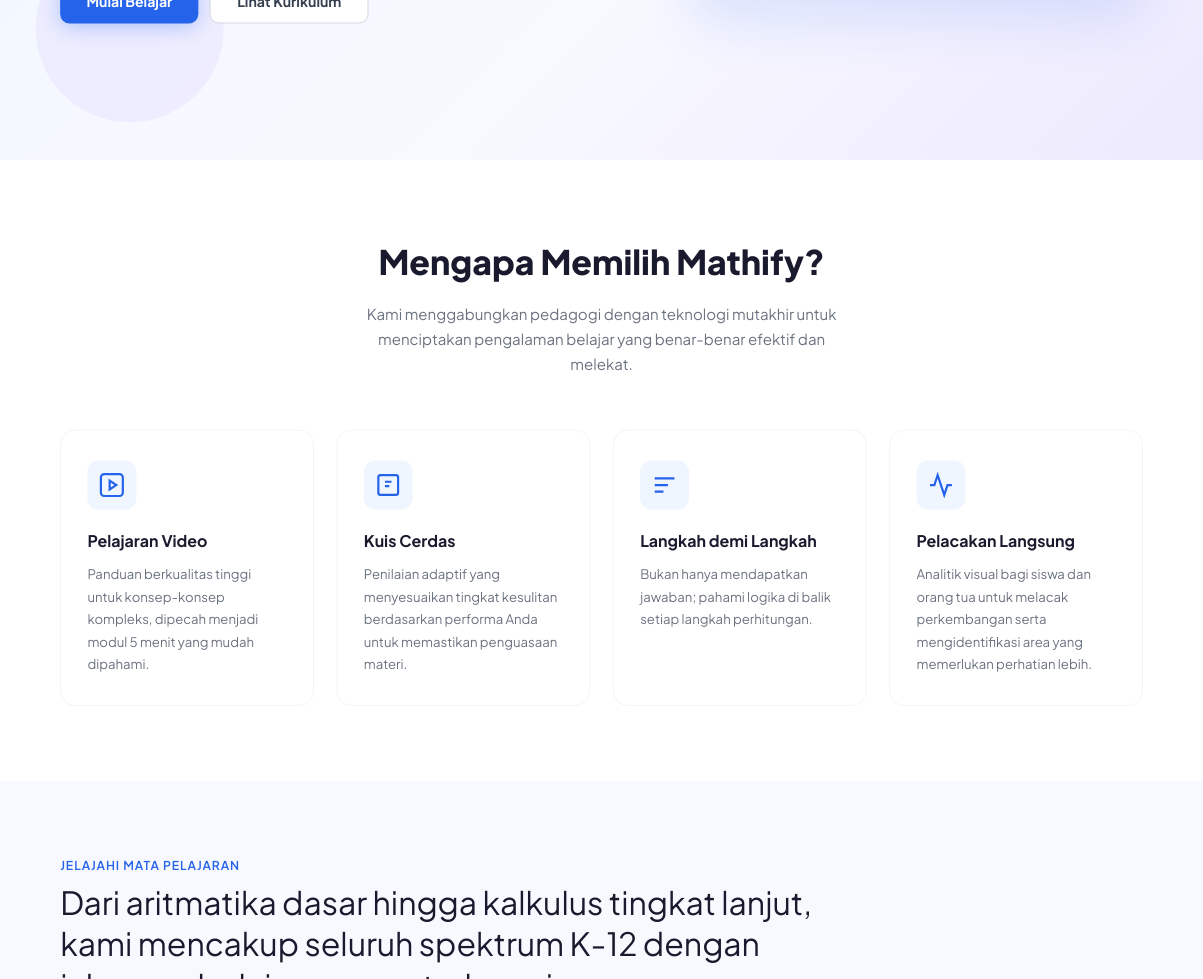
Repository: AdityaRevangga/Mathify
Page: / (app in frontend/)
An editor plug-in stored every save of this project. The page is shown before and after a run of saves, followed by the edit.
The browser window is 1280 px wide. The pictures show the part of the page from y = 550 to 1591 px (the page is 2749 px tall before and 2679 px after), at 94% of full size.
Pictures or frames that could not be fetched are drawn as grey boxes. The page's requests for data from a server got no answer. The project was rebuilt for these pictures with package versions that can differ from the ones it lists, and the page was loaded fresh each time. No one was signed in, and anything a server would have sent is missing. Also part of the build but not shown: frontend/vite.config.js, frontend/src/index.css, frontend/src/hooks/useAuth.js, frontend/src/router/ProtectedRoute.jsx, frontend/src/components/Sidebar.jsx, frontend/src/components/Topbar.jsx, frontend/src/layouts/DashboardLayout.jsx, frontend/src/layouts/AuthLayout.jsx and 14 more.

Above is the page before, as saved 2026-06-02 14:28:02.

After the next 2 saves:
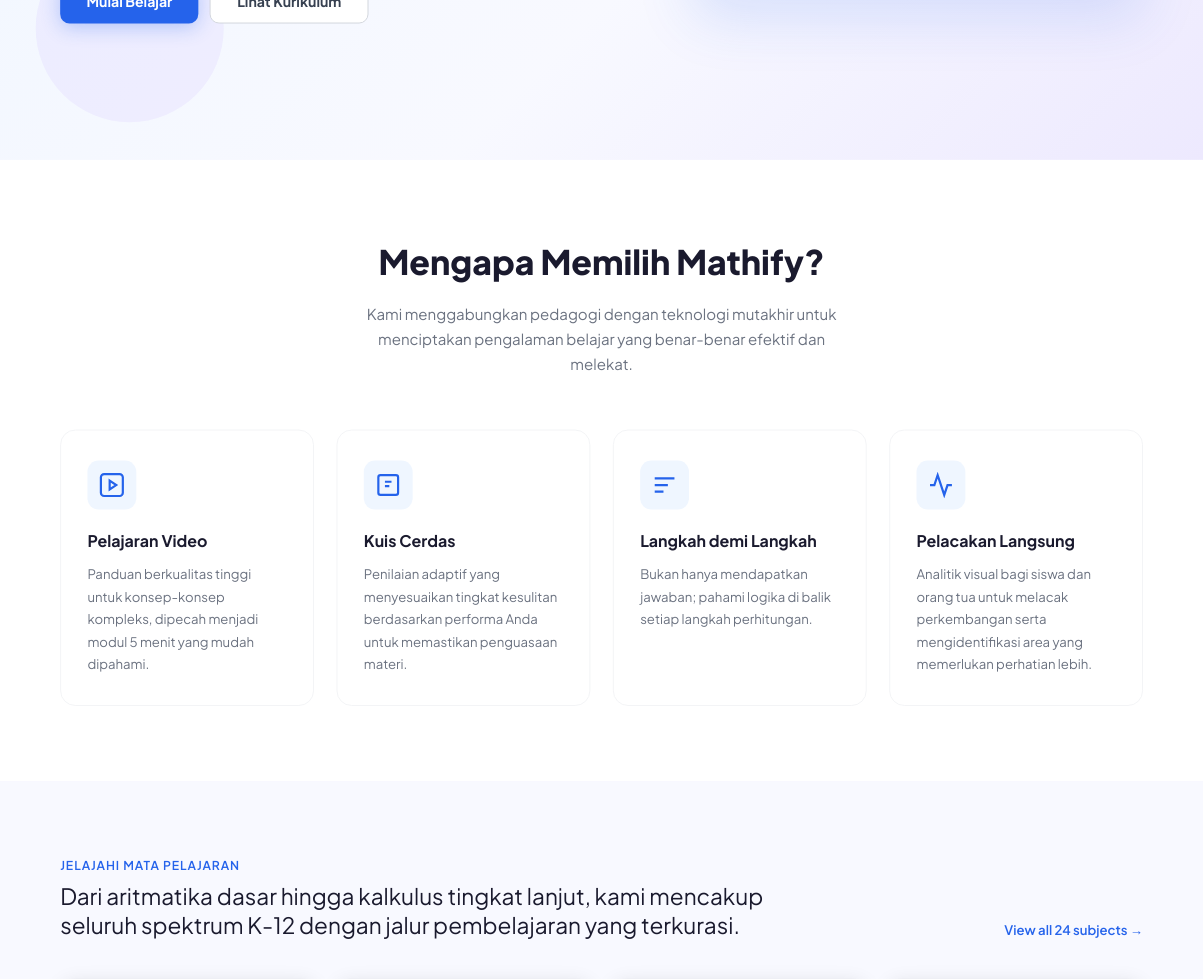
The 2 saves are shown as one change because they came seconds apart.
The last was saved 17 s later.
--- a/frontend/src/pages/LandingPage.jsx
+++ b/frontend/src/pages/LandingPage.jsx
@@ -216,7 +216,7 @@
           <div style={{ display: 'flex', justifyContent: 'space-between', alignItems: 'flex-end', marginBottom: 40, flexWrap: 'wrap', gap: 16 }}>
             <div>
               <p style={{ fontSize: 13, fontWeight: 600, color: '#2563EB', marginBottom: 6, textTransform: 'uppercase', letterSpacing: 1 }}>Jelajahi Mata Pelajaran</p>
-              <h2 style={{ fontSize: 'clamp(12px, 3vw, 34px)', fontWeight: 300, lineHeight: 1.3, maxWidth: 800 }}>
+              <h2 style={{ fontSize: 'clamp(12px, 3vw, 2p0x)', fontWeight: 300, lineHeight: 1.3, maxWidth: 800 }}>
                 Dari aritmatika dasar hingga kalkulus tingkat lanjut, kami mencakup seluruh spektrum K-12 dengan jalur pembelajaran yang terkurasi.
               </h2>
             </div>
